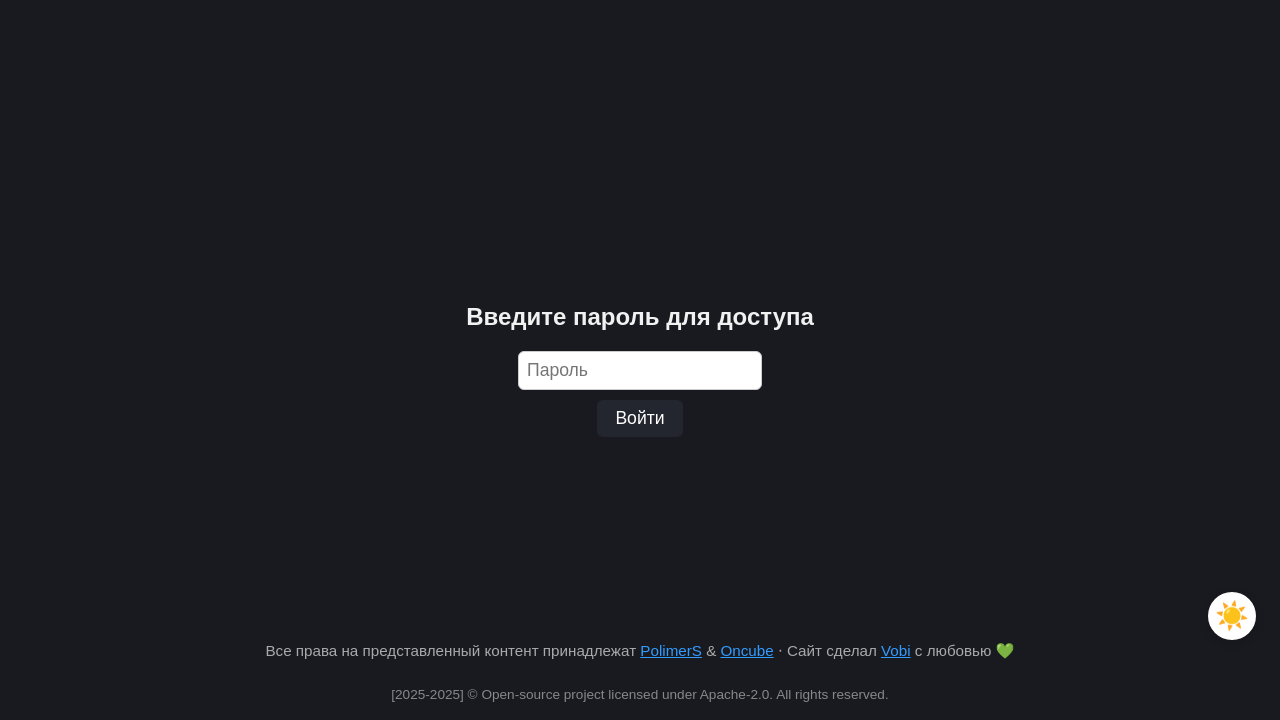
Repository: oncube-dev/OnCube-dev_website
Page: files_for_hosting/html_plus_js.version/index.html
An editor plug-in stored every save of this project. The page is shown before and after the next save, followed by the edit.
The browser window is 1280 px wide. The pictures show the whole page.
The page's requests for data from a server got no answer.

Above is the page before, as saved 2025-07-28 14:38:03.

After the next save:
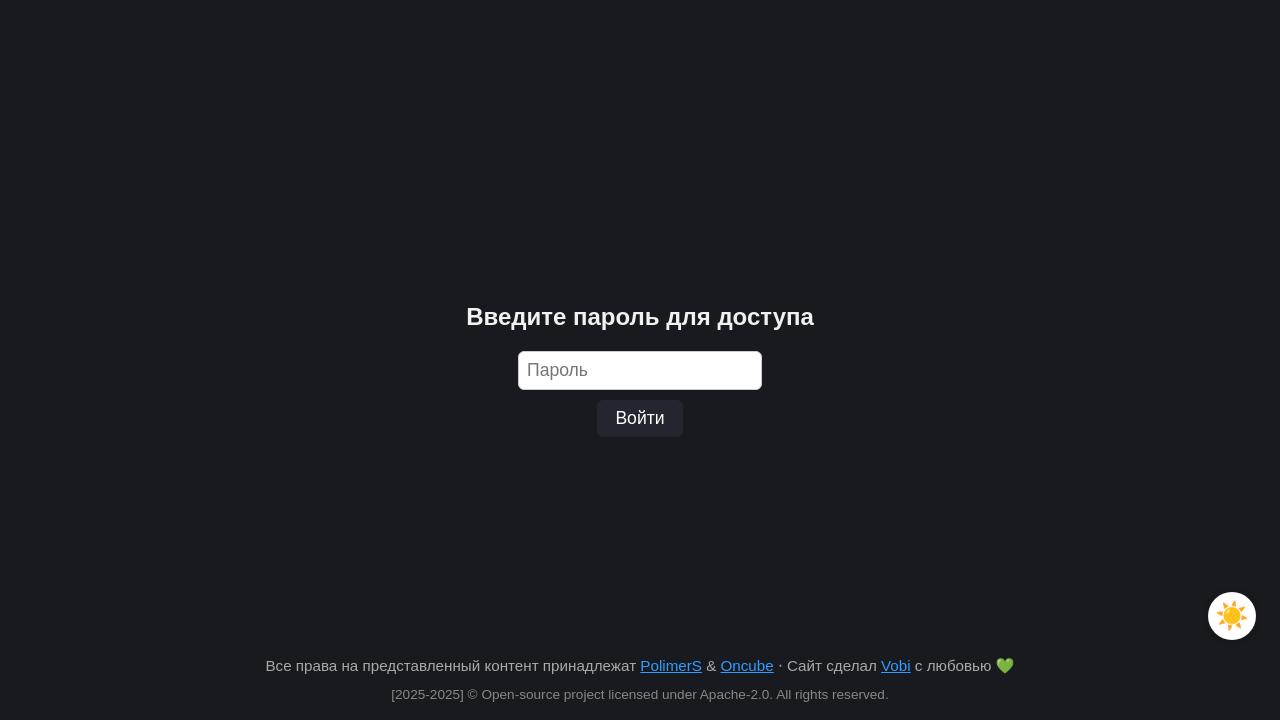
Saved 48 s later.
--- a/files_for_hosting/html_plus_js.version/index.html
+++ b/files_for_hosting/html_plus_js.version/index.html
@@ -21,7 +21,7 @@
             position: fixed;
             left: 0;
             right: 0;
-            bottom: 60px;
+            bottom: 45px;
             text-align: center;
             font-size: 0.95em;
             color: #888;
